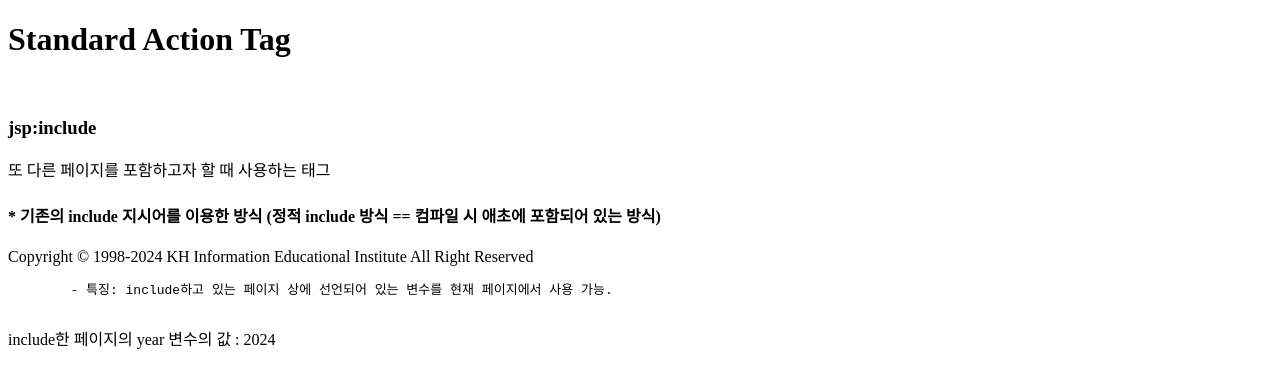
Repository: smjae96/Backup
Page: http://localhost/elActionProject/views/2_StandardAction/01_include.jsp
The author's editor kept a copy of each file at every save. The page is drawn from the files as they stood at one save, then again after a run of saves.
The browser window is 1280 px wide. The pictures show the whole page.
The page is served by Tomcat 9. Other server files are loaded and not shown.

Above is the page before, as saved 2024-04-01 00:50:36.

### 5_JSP/elActionProject/src/main/webapp/views/2_StandardAction/01_include.jsp
<%@ page language="java" contentType="text/html; charset=UTF-8"
    pageEncoding="UTF-8"%>
<!DOCTYPE html>
<html>
<head>
<meta charset="UTF-8">
<title>Standard Action Tag</title>
</head>
<body>
	<h1>Standard Action Tag</h1>
	<br>
	<h3>jsp:include</h3>
	<p>
		또 다른 페이지를 포함하고자 할 때 사용하는 태그
	</p>

	<h4>* 기존의 include 지시어를 이용한 방식 (정적 include 방식 == 컴파일 시 애초에 포함되어 있는 방식)</h4>
	<%-- footer.jsp 파일 include 시키기 --%>
	<%@ include file= "footer.jsp" %>
	<pre>
	- 특징: include하고 있는 페이지 상에 선언되어 있는 변수를 현재 페이지에서 사용 가능.
	</pre>
	include한 페이지의 year 변수의 값 : <%= year %><br>

</body>
</html>

### 5_JSP/elActionProject/src/main/webapp/views/2_StandardAction/footer.jsp
<%@ page language="java" contentType="text/html; charset=UTF-8"
    pageEncoding="UTF-8"%>
<!DOCTYPE html>
<html>
<head>
<meta charset="UTF-8">
<title>Insert title here</title>
</head>
<body>
	<%
		String year = new java.text.SimpleDateFormat("yyyy").format(new java.util.Date());
	%>
	Copyright © 1998-<%=year %> KH Information Educational Institute All Right Reserved
</body>
</html>

After the next 3 saves:
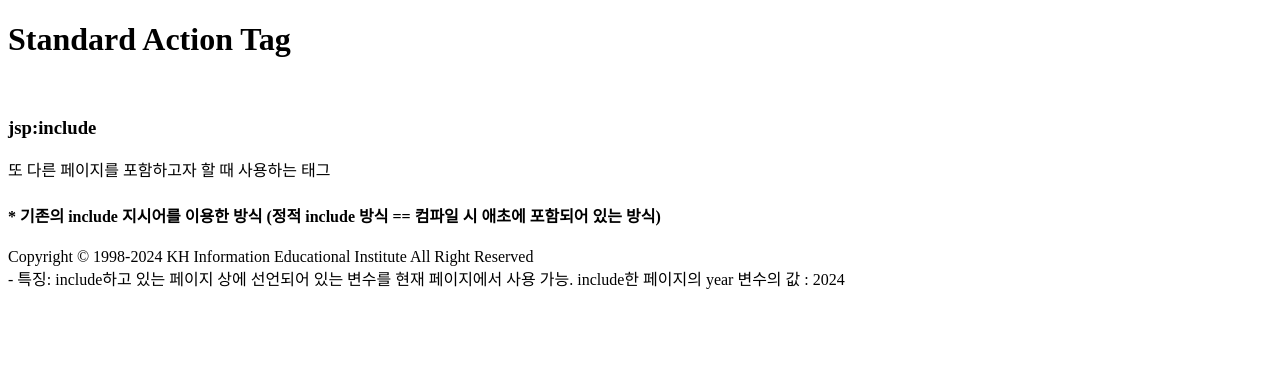
The 3 saves are shown as one change because they came seconds apart.
The last was saved 28 s later.
--- a/5_JSP/elActionProject/src/main/webapp/views/2_StandardAction/01_include.jsp
+++ b/5_JSP/elActionProject/src/main/webapp/views/2_StandardAction/01_include.jsp
@@ -17,9 +17,9 @@
 	<h4>* 기존의 include 지시어를 이용한 방식 (정적 include 방식 == 컴파일 시 애초에 포함되어 있는 방식)</h4>
 	<%-- footer.jsp 파일 include 시키기 --%>
 	<%@ include file= "footer.jsp" %>
-	<pre>
+	<br>
+
 	- 특징: include하고 있는 페이지 상에 선언되어 있는 변수를 현재 페이지에서 사용 가능.
-	</pre>
 	include한 페이지의 year 변수의 값 : <%= year %><br>
 
 </body>
